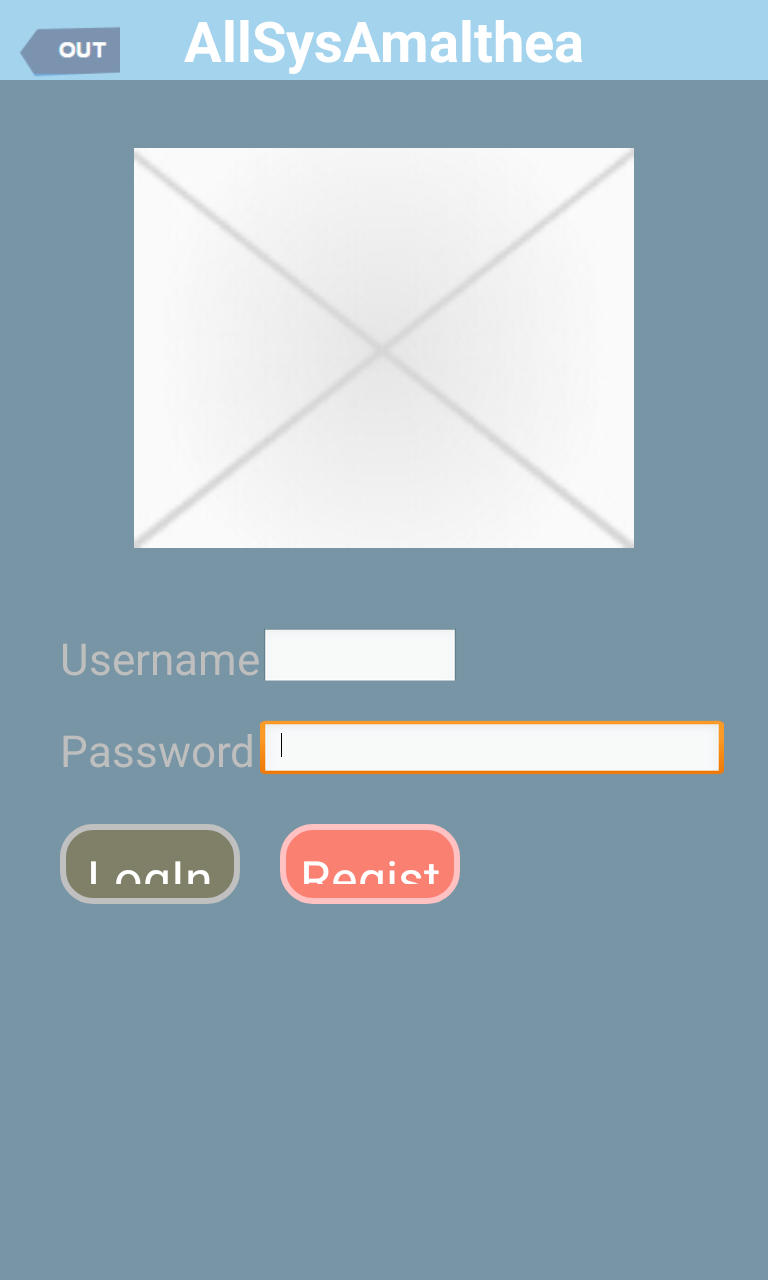
Repository: AllSysAmalthea/AllSys
Layout: APP/AppUI code/代码/Allsys/res/layout/activity_log_in.xml
These files come from the project's save history. The layout is drawn as it stood at one moment and after the next save; the edit follows.
It is drawn on a 768 x 1280 px phone screen (xhdpi) without system bars, with theme android:Theme.NoTitleBar; the app's code is not run.

Above is the layout before, as saved 2015-06-08 02:33:33.

### APP/AppUI code/代码/Allsys/res/layout/activity_log_in.xml
<RelativeLayout xmlns:android="http://schemas.android.com/apk/res/android"
    xmlns:tools="http://schemas.android.com/tools"
    android:layout_width="match_parent"
    android:layout_height="wrap_content"
    android:layout_gravity="center_horizontal"
    android:background="@drawable/back"
    android:gravity="top"
    tools:context=".LogInActivity" >

    <AbsoluteLayout
        android:id="@+id/linearLayout1"
        android:layout_width="fill_parent"
        android:layout_height="wrap_content"
        android:orientation="horizontal" >

        <TextView
            android:id="@+id/header_text"
            android:layout_width="fill_parent"
            android:layout_height="80px"
            android:layout_x="0px"
        	android:layout_y="0px"
            android:gravity="center"
            android:singleLine="true"
            android:text="AllSysAmalthea"
            android:background="#A4D3EE"
            android:textColor="#ffffff"
            android:textSize="28sp"
            android:textStyle="bold" />

        <ImageButton
            android:id="@+id/header_left_btn"
            android:layout_width="100px"
            android:layout_height="80px"
            android:layout_x="10dp"
            android:layout_y="4dp"
            android:background="@drawable/pic1" />

    </AbsoluteLayout>

    <TextView
        android:id="@+id/textView1"
        android:layout_width="200px"
        android:layout_height="60px"
        android:layout_alignParentLeft="true"
        android:layout_below="@+id/myImageView1"
        android:layout_marginLeft="30dp"
        android:layout_marginTop="40dp"
        android:text="Username"
        android:textSize="22sp" />

    <EditText
        android:id="@+id/Username"
        android:layout_width="200px"
        android:layout_height="60px"
        android:layout_above="@+id/textView2"
        android:layout_toRightOf="@+id/textView1"
        android:ems="10"
        android:inputType="textPersonName"
        android:textSize="22sp" />

    <TextView
        android:id="@+id/textView2"
        android:layout_width="200px"
        android:layout_height="60px"
        android:layout_alignLeft="@+id/textView1"
        android:layout_below="@+id/textView1"
        android:layout_marginTop="16dp"
        android:text="Password"
        android:textSize="22sp" />

    <EditText
        android:id="@+id/Password"
        android:layout_width="200px"
        android:layout_height="60px"
        android:layout_alignParentRight="true"
        android:layout_alignTop="@+id/textView2"
        android:layout_marginRight="22dp"
        android:layout_toRightOf="@+id/textView2"
        android:ems="10"
        android:inputType="textPassword"
        android:textSize="22sp" >

        <requestFocus />
    </EditText>

    <Button
        android:id="@+id/Login"
        android:layout_width="180px"
        android:layout_height="80px"
        android:layout_alignLeft="@+id/textView2"
        android:layout_below="@+id/textView2"
        android:layout_marginTop="22dp"
        android:background="@drawable/shape"
        android:text="LogIn"
        android:textColor="#ffffff"
        android:textSize="25sp" />

    <Button
        android:id="@+id/Register"
        android:layout_width="180px"
        android:layout_height="80px"
        android:layout_alignBaseline="@+id/Login"
        android:layout_alignBottom="@+id/Login"
        android:layout_alignRight="@+id/Username"
        android:background="@drawable/shape2"
        android:text="Register"
        android:textColor="#ffffff"
        android:textSize="25sp" />

    <ImageView
        android:id="@+id/myImageView1"
        android:layout_width="500px"
        android:layout_height="400px"
        android:layout_below="@+id/linearLayout1"
        android:layout_centerHorizontal="true"
        android:layout_marginTop="30dp"
        android:background="@drawable/news" />

</RelativeLayout>

### APP/AppUI code/代码/Allsys/res/drawable-mdpi/shape.xml
<?xml version="1.0" encoding="utf-8"?>
<shape xmlns:android="http://schemas.android.com/apk/res/android"
    android:shape="rectangle" >

    <!-- 填充的颜色：这里设置背景透明 -->
    <solid android:color="#808069" />
    <!-- 边框的颜色 ：不能和窗口背景色一样-->
    <stroke
        android:width="3dp"
        android:color="#C0C0C0" />
    <!-- 设置按钮的四个角为弧形 -->
    <!-- android:radius 弧形的半径 -->
    <corners android:radius="15dip" />

    <!-- padding：Button里面的文字与Button边界的间隔 -->
    <padding
        android:bottom="10dp"
        android:left="10dp"
        android:right="10dp"
        android:top="10dp" />

</shape>

### APP/AppUI code/代码/Allsys/res/drawable-mdpi/shape2.xml
<?xml version="1.0" encoding="utf-8"?>
<shape xmlns:android="http://schemas.android.com/apk/res/android"
    android:shape="rectangle" >

    <!-- 填充的颜色：这里设置背景透明 -->
    <solid android:color="#fa8072" />
    <!-- 边框的颜色 ：不能和窗口背景色一样-->
    <stroke
        android:width="3dp"
        android:color="#FFC1C1" />
    <!-- 设置按钮的四个角为弧形 -->
    <!-- android:radius 弧形的半径 -->
    <corners android:radius="15dip" />

    <!-- padding：Button里面的文字与Button边界的间隔 -->
    <padding
        android:bottom="10dp"
        android:left="10dp"
        android:right="10dp"
        android:top="10dp" />

</shape>

After the next save:
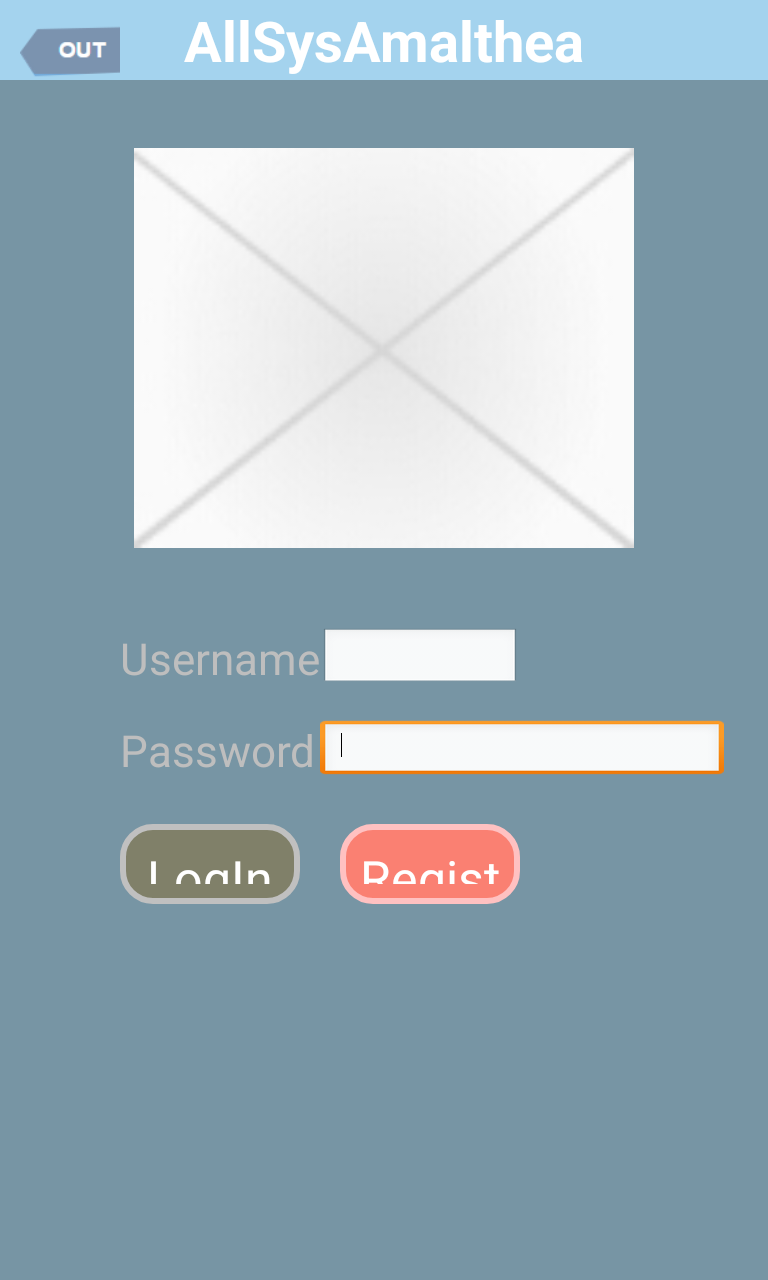
Saved 16 s later.
--- a/APP/AppUI code/代码/Allsys/res/layout/activity_log_in.xml
+++ b/APP/AppUI code/代码/Allsys/res/layout/activity_log_in.xml
@@ -43,7 +43,7 @@
         android:layout_height="60px"
         android:layout_alignParentLeft="true"
         android:layout_below="@+id/myImageView1"
-        android:layout_marginLeft="30dp"
+        android:layout_marginLeft="60dp"
         android:layout_marginTop="40dp"
         android:text="Username"
         android:textSize="22sp" />
